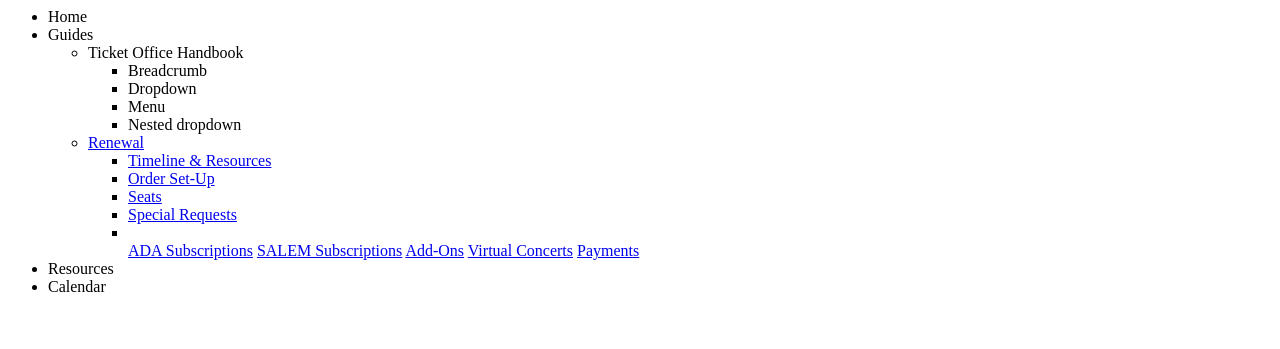
Repository: muesinga/ticketoffice-dot-info
Page: components/nav.html
The author's editor kept a copy of each file at every save. The page is drawn from the files as they stood at one save, then again after a run of saves.
The browser window is 1280 px wide. The pictures show the whole page.

Above is the page before, as saved 2022-06-10 13:34:57.

After the next 5 saves:
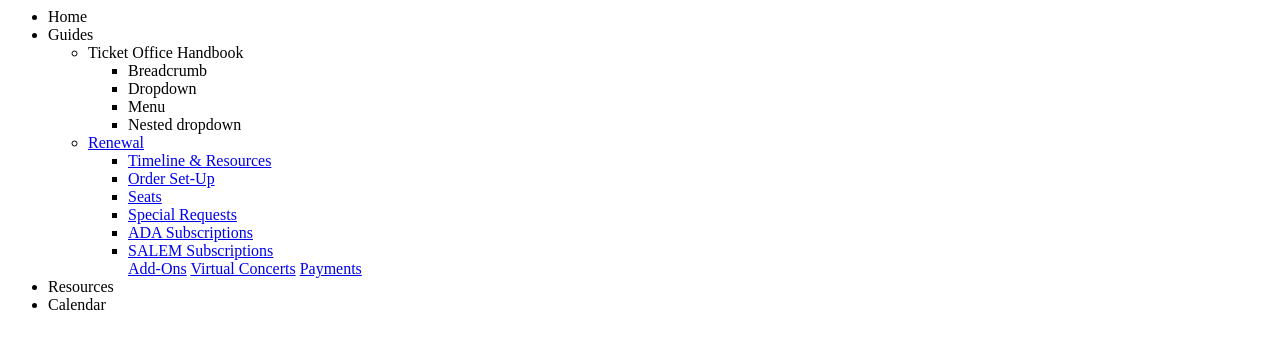
The 5 saves are shown as one change because they came seconds apart.
The last was saved 13 s later.
--- a/components/nav.html
+++ b/components/nav.html
@@ -50,8 +50,8 @@
                     <li><a href="#set-up" class="w3-bar-item w3-button">Order Set-Up</a></li>
                     <li><a href="#seats" class="w3-bar-item w3-button">Seats</a></li>
                     <li><a href="#requests" class="w3-bar-item w3-button">Special Requests</a></li>
-                    <li></li><a href="#ada-subs" class="w3-bar-item w3-button">ADA Subscriptions</a>
-                    <a href="#salem-subs" class="w3-bar-item w3-button">SALEM Subscriptions</a>
+                    <li><a href="#ada-subs" class="w3-bar-item w3-button">ADA Subscriptions</a></li>
+                    <li><a href="#salem-subs" class="w3-bar-item w3-button">SALEM Subscriptions</a></li>
                     <a href="#add-ons" class="w3-bar-item w3-button">Add-Ons</a>
                     <a href="#virtual-concerts" class="w3-bar-item w3-button">Virtual Concerts</a>
                     <a href="#payments" class="w3-bar-item w3-button">Payments</a>
